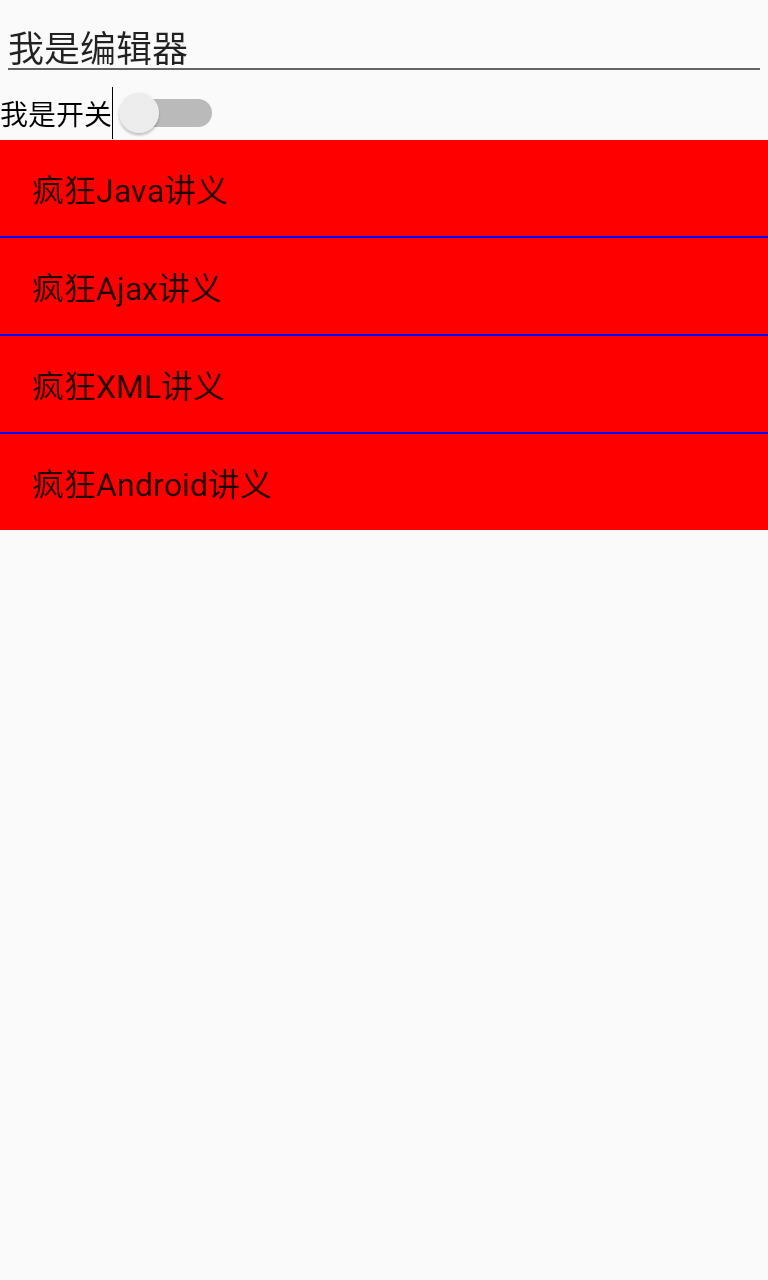
Repository: BingoBinBingo/androidWorkPlace
Layout: firstAndroid/res/layout/activity_main.xml
These files come from the project's save history. The layout is drawn as it stood at one moment and after a run of saves; the edit follows.
It is drawn on a 768 x 1280 px phone screen (xhdpi) without system bars, with theme AppTheme; the app's code is not run. Lists and similar views that code fills are empty.

Above is the layout before, as saved 2015-08-26 09:35:05.

### firstAndroid/res/layout/activity_main.xml
<?xml version="1.0" encoding="utf-8"?>
<LinearLayout xmlns:android="http://schemas.android.com/apk/res/android"
    android:layout_width="match_parent"
    android:layout_height="match_parent"
    android:orientation="vertical" >

    <EditText
        android:id="@+id/myEdit"
        android:text="@string/editTextContent"
        android:layout_height="wrap_content"
        android:layout_width="match_parent"
        android:inputType="text"
        />
	<Switch
	    android:id="@+id/mySwi"
	    android:layout_height="wrap_content"
	    android:layout_width="wrap_content"
	    android:text="我是开关"
	    />
	<ListView
	    android:id="@+id/myList"
	    android:layout_width="match_parent"
	    android:layout_height="wrap_content"
	    android:entries="@array/books"
	    android:divider="#0000FF"
	    android:dividerHeight="2px"
	    android:background="#FF0000"

	    android:headerDividersEnabled="false"
	    />

</LinearLayout>

### firstAndroid/res/values/strings.xml
<?xml version="1.0" encoding="utf-8"?>
<resources>
    <string name="app_name">firstAndroid</string>
    <string name="hello_world">Hello world!  --- To Chen huan huan</string>
    <string name="action_settings">Settings</string>
    <string name="huangbinbtn">黄彬的按钮</string>
    <string name="editTextContent">我是编辑器</string>
</resources>

### firstAndroid/res/values/arrays.xml
<?xml version="1.0" encoding="utf-8"?>
<resources>
	<string-array name = "books" >
		<item>疯狂Java讲义</item>
		<item>疯狂Ajax讲义</item>
		<item>疯狂XML讲义</item>
		<item>疯狂Android讲义</item>
	</string-array>
</resources>

Loaded but not shown: firstAndroid/res/values/styles.xml (common file); firstAndroid/res/values-v11/styles.xml (common file); firstAndroid/res/values-v14/styles.xml (common file)

After the next 3 saves:
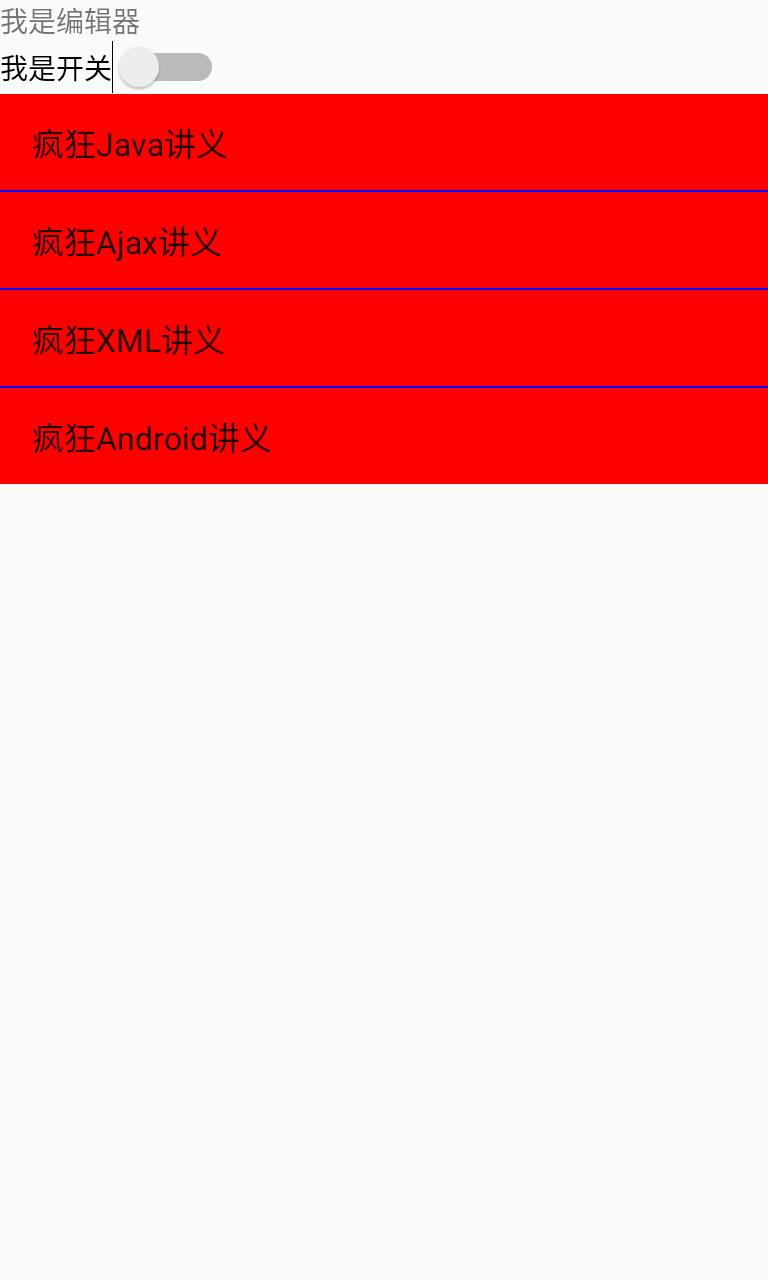
The 3 saves are shown as one change because they came seconds apart.
The last was saved 47 s later.
--- a/firstAndroid/res/layout/activity_main.xml
+++ b/firstAndroid/res/layout/activity_main.xml
@@ -4,7 +4,7 @@
     android:layout_height="match_parent"
     android:orientation="vertical" >
 
-    <EditText
+    <TextView
         android:id="@+id/myEdit"
         android:text="@string/editTextContent"
         android:layout_height="wrap_content"
